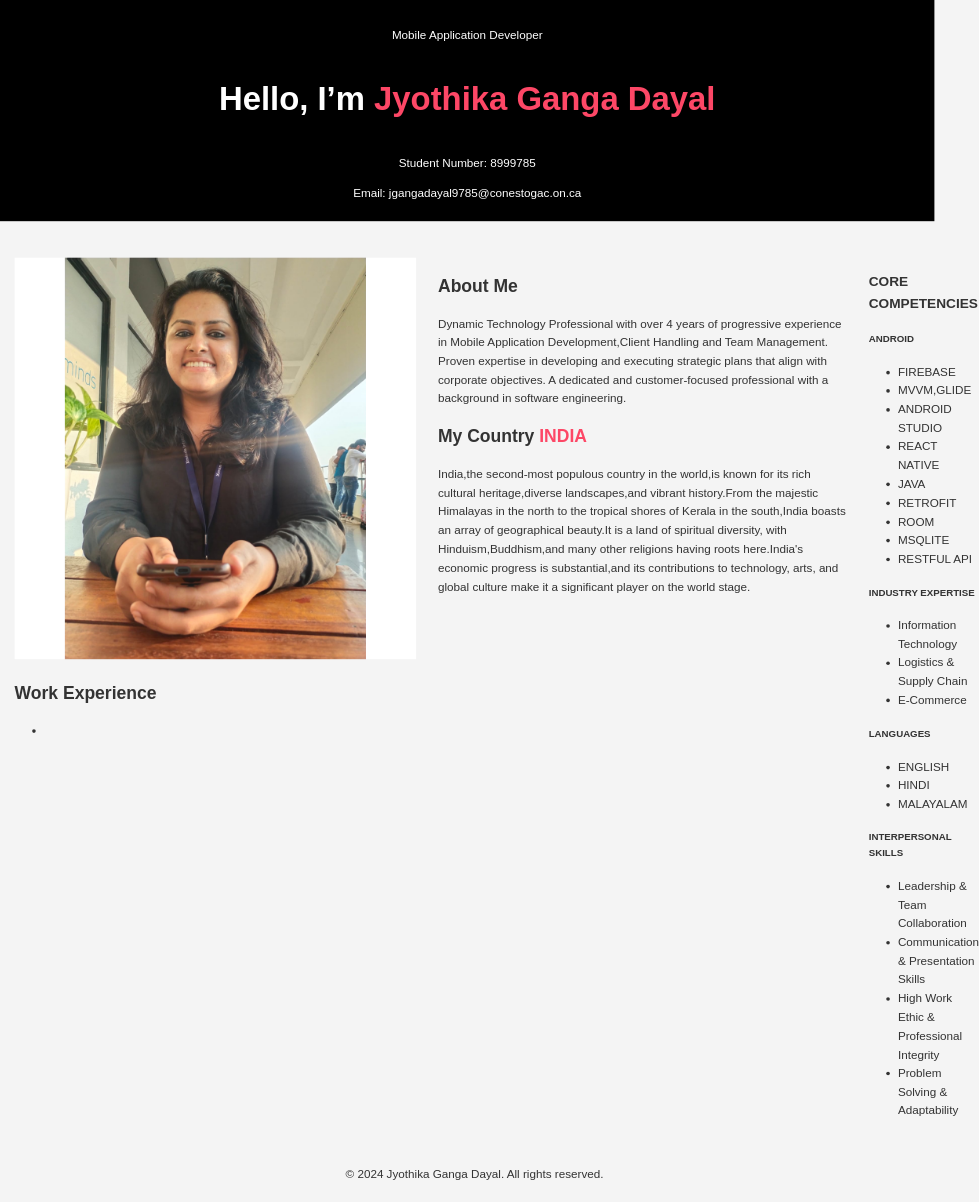
Repository: jyothika123/portfolio
Page: index.html
An editor plug-in stored every save of this project. The page is shown before and after the next save, followed by the edit.
The browser window is 1280 px wide. The page is 1341 px wide, so the pictures cover 1341 px, including what lies to the right of the window. The pictures show the whole page, at 73% of full size.
Pictures or frames that could not be fetched are drawn as grey boxes.

Above is the page before, as saved 2024-09-22 19:40:49.

After the next save:
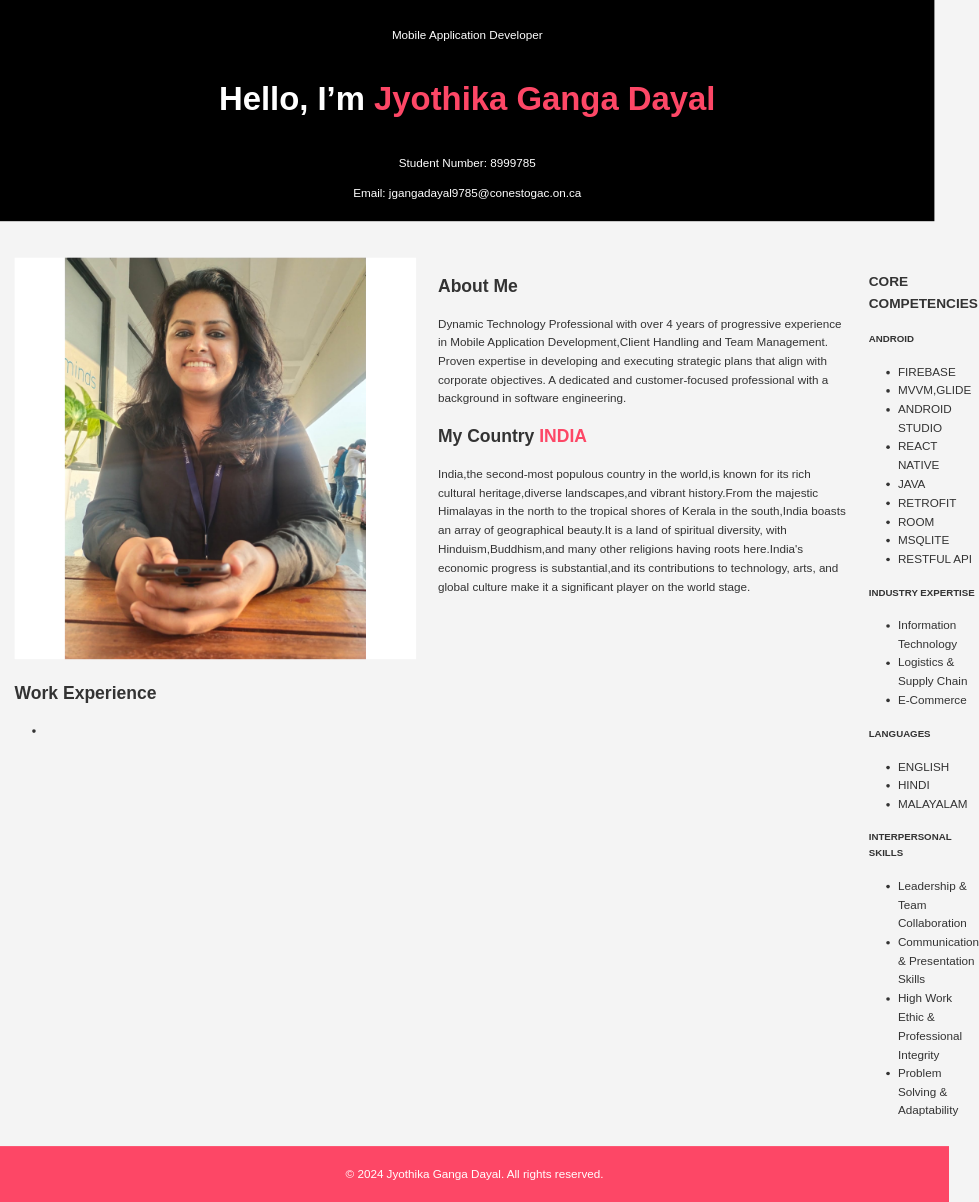
Saved 5 s later.
--- a/css/style.css
+++ b/css/style.css
@@ -33,7 +33,7 @@ main {
 }
 
 footer {
-    background: #fd4766
+    background: #fd4766;
     color: #fff;
     text-align: center;
     padding: 10px ;
